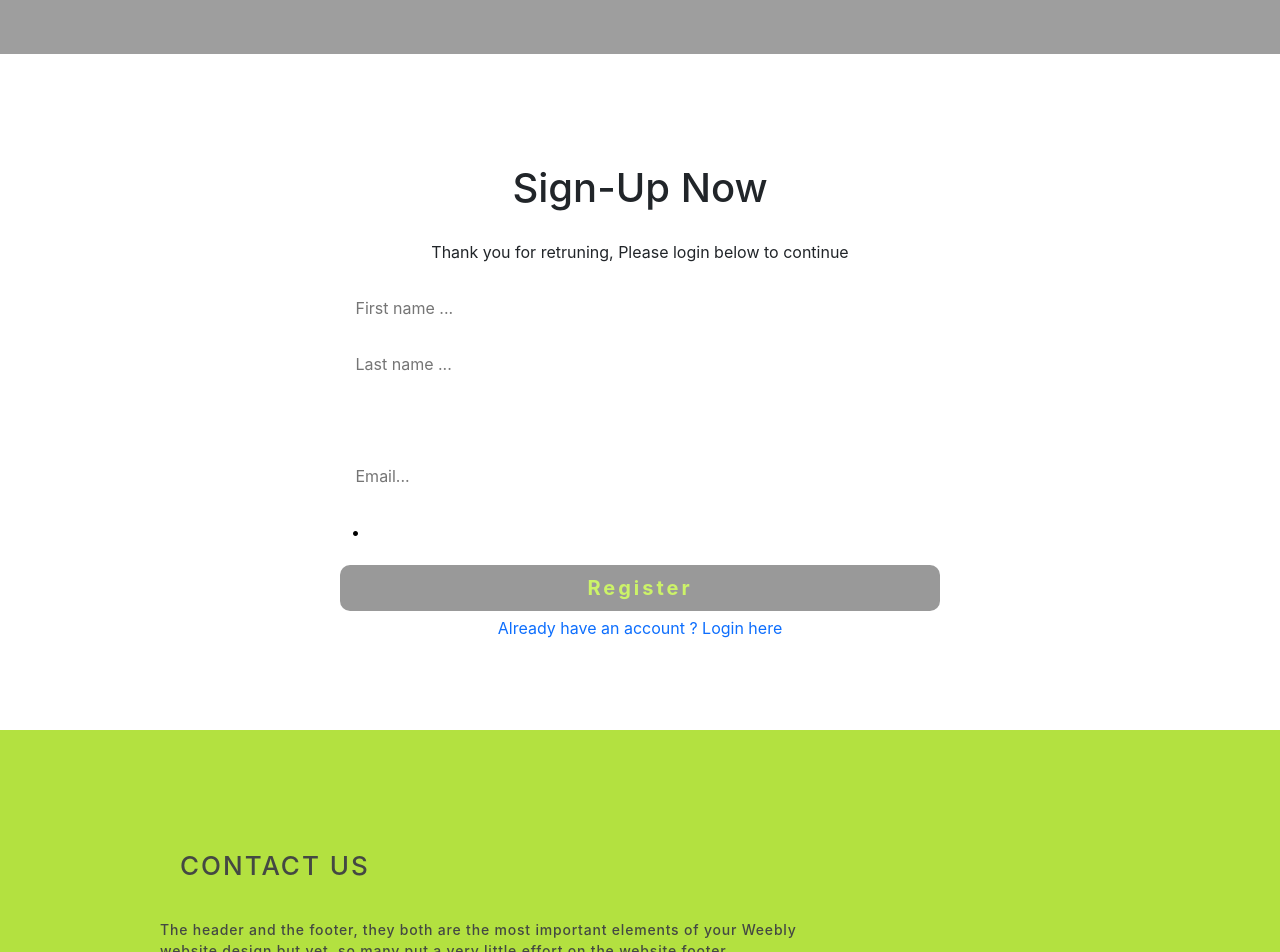
Repository: Bojurie/Level-up
Page: /register (app in client/)
These files come from the project's save history. The page is drawn as it stood at one moment and after the next save; the edit follows.
The browser window is 1280 px wide. The pictures show the part of the page from y = 260 to 1212 px (the page is 1787 px tall).
Pictures or frames that could not be fetched are drawn as grey boxes. Some web fonts or font styles are not loaded; a fallback is used. Some web libraries are served in a nearby version. The project was rebuilt for these pictures with package versions that can differ from the ones it lists, and the page was loaded fresh each time. Also part of the build but not shown: client/src/components/Carousel.css, client/src/components/Carousel.js, client/src/components/BlogIist.js, client/src/components/HomeVlog.css, client/src/components/HomeVlog.js, client/src/components/homeProducts.css, client/src/components/HomeProducts.js, client/src/components/HomeShop.css and 13 more.

Above is the page before, as saved 2022-12-04 13:20:06.

### client/public/index.html
<!DOCTYPE html>
<html lang="en">
  <head>
    <meta charset="utf-8" />
    <link rel="icon" href="%PUBLIC_URL%/favicon.ico" />
    <meta name="viewport" content="width=device-width, initial-scale=1" />
    <meta name="theme-color" content="#000000" />
    <meta
      name="description"
      content="Web site created using create-react-app"
    />
    <link rel="apple-touch-icon" href="%PUBLIC_URL%/logo192.png" />
    <link rel="manifest" href="%PUBLIC_URL%/manifest.json" />

    <link rel="preconnect" href="https://fonts.googleapis.com" />
    <link rel="preconnect" href="https://fonts.gstatic.com" crossorigin />
    <link
      href="https://fonts.googleapis.com/css2?family=Asap+Condensed:ital,wght@0,400;0,500;1,400&family=Chivo:wght@300;400&family=Jura:wght@300;400;500;600;700&family=Lato:ital,wght@0,400;0,700;1,400&family=Nunito+Sans:wght@400;600&family=Oswald:wght@300;500;700&family=Playball&family=Roboto:ital,wght@0,400;0,500;1,500&family=Wallpoet&display=swap"
      rel="stylesheet"
    />

    <link
      rel="stylesheet"
      href="https://cdn.jsdelivr.net/npm/bootstrap@5.1.3/dist/css/bootstrap.min.css"
      integrity="sha384-1BmE4kWBq78iYhFldvKuhfTAU6auU8tT94WrHftjDbrCEXSU1oBoqyl2QvZ6jIW3"
      crossorigin="anonymous"
    />
    <script
      src="https://kit.fontawesome.com/5ffdb52964.js"
      crossorigin="anonymous"
    ></script>
    <title>React App</title>
    <script
      src="https://kit.fontawesome.com/5ffdb52964.js"
      crossorigin="anonymous"
    ></script>
  </head>
  <body>
    <noscript>You need to enable JavaScript to run this app.</noscript>
    <div id="root"></div>
    <!--
      This HTML file is a template.
      If you open it directly in the browser, you will see an empty page.

      You can add webfonts, meta tags, or analytics to this file.
      The build step will place the bundled scripts into the <body> tag.

      To begin the development, run `npm start` or `yarn start`.
      To create a production bundle, use `npm run build` or `yarn build`.
    -->
  </body>
</html>

### client/src/App.js
import React from 'react';
// import { BrowserRouter as Router, Route, Routes } from 'react-router-dom';
import { BrowserRouter as Router, Route, Routes} from 'react-router-dom'


import Home from './pages/Home';
import About from './pages/About';
import Shop from './pages/Shop';
import Contact from './pages/Contact';
import Navbar from './components/Navbar';
import Footer from './components/Footer';
import LogIn from './pages/LogIn';
import Register from './pages/Register';
// import Chart from './components/Chart';
import Vlog from './pages/Vlog';

import {DataProvider} from './components/Context'


function App() {

  return (
        <Router>
          <DataProvider>
          <Navbar />
          <Routes>
              <Route path='/' element={<Home />} />
              <Route path='/about' element={<About />} />
              <Route path='/contact' element={<Contact />} />
              <Route path='/shop' element={<Shop />} />
              <Route path='/vlog' element={<Vlog />} />
              <Route path='/login' element={<LogIn/>} />
              <Route path='/register' element={<Register />} />
              {/* <Route path='/chart' element={<Chart/>} /> */}
          </Routes>
          <Footer />
          </DataProvider>
        </Router>
  );
}

export default App;

### client/src/components/Navbar.js
import React from 'react';
import { Link } from 'react-router-dom';

import './Navbar.css'
import Logo from '../images/Logo.png'



const Navbar = () => {
  return (
    <nav className='navbar'>
      <div className='navbar-wrapper'>
        <Link to='/' className='logo'>
            <img src={Logo} alt='logo' />
        </Link>
        <ul className='navbar-links'>
            <Link to='/' >Home </Link>
            <Link to='/shop'> Shop</Link>
            <Link to='/Vlog'> V-Log</Link>
            <Link to='/about'> About</Link>
            <Link to='/contact'> Contact</Link>
            <Link to='/login'> Login </Link>
            <Link to='/register'>SignUp</Link>
            <Link to='/chart'><i class="fa-solid fa-cart-shopping"></i></Link>

        </ul>
      </div>

    </nav>
  );
}

export default Navbar;

### client/src/components/Footer.js
import React from 'react';
import { Link } from 'react-router-dom';
  import { FontAwesomeIcon } from '@fortawesome/react-fontawesome'
  import { instagram } from '@fortawesome/free-solid-svg-icons'

import './Footer.css';

const Footer = () => {
  return (
    <div className='footer'>
      <div className='footer-wrapper'>
        <div className='footer-header-wrapper'>
          <div className='footer-header'>
            <h1>Contact Us</h1>
          </div>
          <div className='footer-paragraph'>
            <p>The header and the footer, they both are the most important elements of your Weebly website design but yet, so many put a very little effort on the website footer.</p>
          </div>

        </div>
        <div className='footer-nav-content'>
            <div className='footer-navs-left'>
              <h3>Talk With Us</h3><hr/>
              <div className='footer-contact'>
                <div className='tel'>
                  <p>T: + 1 714.306.2369</p>
                </div>
                <div className='email'>
                  <p>@: Levelupfitness@gmail.com</p>
                </div>
                <div className='support'>
                  <p>S: Levelupsupport.com</p>
                </div>

              </div>

            </div>
            <div className='footer-navs-middle'>
                <h3>Say Hello</h3><hr/>
              <div className='footer-form'>

                  <form className='form'>
                    <input type='text' placeholder=' Name' />
                    <input type='text' placeholder=' Email' />
                    <input type='text' placeholder=' Telephone' />
                    <textarea placeholder='Message...' />
                  </form>
                  <div className='form-btn'>
                    <input type='submit' placeholder='' />
                  </div>

              </div>
            </div>
            <div className='footer-navs-right'>
              <h3>Keep Connected</h3><hr/>
              <div className='social-media'>
                <p><Link to='/'>Facebook</Link></p>
                <p><Link to='/'><FontAwesomeIcon icon="fa-brands fa-instagram" /> Instagram</Link></p>
                <p><Link to='/'>Twitter</Link></p>

              </div>

            </div>
        </div>


      </div>
    </div>
  );
}

export default Footer;

### client/src/pages/Register.js
import React from 'react';
import RegisterForm from '../components/auth/registerForm';
import { FormTitle } from '../components/FormTitle';

const Register = () => {
  return (
    <div className='register'>
        <FormTitle className="RegisterForm-title" text="Register " />
        <div className='register-wrapper'>
            <div className=''>
              <RegisterForm />
            </div>
        </div>

    </div>
  );
}

export default Register;

### client/src/components/Context.js
import React,{Component} from 'react';
export const DataContext = React.createContext();

export class DataProvider extends Component {
  constructor(props) {
    super(props)

    this.state = {
       products: [
         {
          "_id": "1",
          "title": "Level-Up Sweat Pant",
          "src": "https://images.unsplash.com/photo-1618354691373-d851c5c3a990?ixlib=rb-1.2.1&ixid=MnwxMjA3fDB8MHxwaG90by1wYWdlfHx8fGVufDB8fHx8&auto=format&fit=crop&w=658&q=80",
          "description": "Classic fit for running and outdoor activities.",
          "price": 39,
          "colors": ["red", "blue", "black"],
          "count": 2,
         },
         {
          "_id": "2",
          "title": "Kids Level-Up SweatPant",
          "src": "https://images.unsplash.com/flagged/photo-1555895312-bbc472c964f3?ixlib=rb-1.2.1&ixid=MnwxMjA3fDB8MHxwaG90by1wYWdlfHx8fGVufDB8fHx8&auto=format&fit=crop&w=388&q=80",
          "description": "Kids track sweatsuit for running or leisure activities",
          "price": 20,
          "colors": ["red", "blue", "black"],
          "count": 2,
         },
         {
          "_id": "3",
          "title": "Level Up Tank Top",
          "src": "https://images.unsplash.com/photo-1618354691373-d851c5c3a990?ixlib=rb-1.2.1&ixid=MnwxMjA3fDB8MHxwaG90by1wYWdlfHx8fGVufDB8fHx8&auto=format&fit=crop&w=658&q=80",
          "description": "description",
          "price": 20,
          "colors": ["red", "blue", "black"],
          "count": 2,
         },
         {
          "_id": "4",
          "title": "Level Up T-Shirt",
          "src": "https://images.unsplash.com/photo-1618354691373-d851c5c3a990?ixlib=rb-1.2.1&ixid=MnwxMjA3fDB8MHxwaG90by1wYWdlfHx8fGVufDB8fHx8&auto=format&fit=crop&w=658&q=80",
          "description": "description",
          "price": 20,
          "colors": ["red", "blue", "black"],
          "count": 2,
         },
         {
          "_id": "5",
          "title": "Level Up Sweater",
          "src": "https://images.unsplash.com/photo-1618354691373-d851c5c3a990?ixlib=rb-1.2.1&ixid=MnwxMjA3fDB8MHxwaG90by1wYWdlfHx8fGVufDB8fHx8&auto=format&fit=crop&w=658&q=80",
          "description": "description",
          "price": 20,
          "colors": ["red", "blue", "black"],
          "count": 2,
         },
         {
          "_id": "6",
          "title": "Level Up Embroidery Shirt",
          "src": "https://images.unsplash.com/photo-1618354691373-d851c5c3a990?ixlib=rb-1.2.1&ixid=MnwxMjA3fDB8MHxwaG90by1wYWdlfHx8fGVufDB8fHx8&auto=format&fit=crop&w=658&q=80",
          "description": "description",
          "price": 20,
          "colors": ["red", "blue", "black"],
          "count": 2,
         },
       ]
    }
  }

  render(){
    const {products} = this.state;
    return(
      <DataContext.Provider value={{products}}>
        {this.props.children}
      </DataContext.Provider>
    )
  }
}
export default DataProvider;

### client/src/pages/About.css
.aboutContainer h1 {
  text-transform: uppercase;
  font-weight: bold;
  letter-spacing: 2px;
  padding: 50px 0;
}

.aboutContainer {
  padding: 40px 160px;
}

.aboutParagraph p {
  letter-spacing: 1px;
  line-height: 30px;
  font-weight: 500;
}

.AboutUs-content {
  display: flex;
}

.AboutHistory,
.AboutGoal,
.Aboutproduct {
    margin: 0 10px;
    background-color: rgb(229, 228, 228);
}

.history-img {
  max-width: 100%;
}
.history-img img{
  width: 100%;
}

.history-content {
  padding: 10px 0;
}
.history-content p, h1 {
  padding: 20px;
}
.history-content h1{
  font-size: 19px;
  padding: 20px
}

### client/src/components/FormTitle.js
import React from "react";
import './FormTitle.css';

export function FormTitle(props) {
  const { className, text } = props;
  return <h1 className={`${className} form-title`}>{text}</h1>;
}

### client/src/components/Navbar.css
.logo img {
  width: 250px;
}

.navbar {
  padding-top: 0;
  display: contents;
}

.navbar-wrapper {
  display: flex;
  /* justify-content: center; */
  align-items: center;
  height: 90px;
  background: #b3e140;
  padding: 0 50px;
  justify-content: space-between;
}

.navbar-links {
  margin-bottom: 0;
}

.navbar-links a {
  font-size: 14px;
  letter-spacing: 2px;
  font-weight: 700;
  text-transform: capitalize;
  margin: 0 10px;
  color: rgb(68, 72, 67);

}

a {
  list-style: none;
  text-decoration: none;
}

### client/src/components/Footer.css
.footer {
  background-color: #b3e140;
      font-size: 14px;
    letter-spacing: 2px;
    font-weight: 700;

    color: rgb(68, 72, 67);
}
.footer-header h1 {
 font-size: 26px;
 text-transform: uppercase;
 letter-spacing: 2px;
}

.footer-navs {
  text-decoration: none;
  list-style-type: none;

}
.footer-navs li{
  padding: 10px 0;
  letter-spacing: 1px;
  text-transform: uppercase;
  font-weight: 600;

}
.footer-wrapper {
  padding: 100px 160px;
}

.footer-contact {



}
.footer-nav-content p {
 color: #424141db;
}
.footer-contact > .tel p{
    font-size: 18px;
    letter-spacing: 1px;

}
.footer-contact > .email p{
    font-size: 14px;
    /* letter-spacing: 2px; */
}
.footer-contact > .support p{
    font-size: 14px;
    letter-spacing: 2px;
}
.footer-paragraph {
  width: 70%;
  letter-spacing: .8px;
  font-weight: 500;
  padding: 10px 0;
}
.footer-wrapper h3{
 text-transform: uppercase;
 letter-spacing: 2px;
 font-size: 19px;
 font-weight: 600;

}

.footer-nav-content {
  display: flex;
  justify-content: space-between;
}



.footer-navs-left,
.footer-navs-middle,
.footer-navs-right{

  padding: 20px 10px 0 0;
  border-radius: 10px;
}

.footer-form {
  background-color: none !important;
}

/* footer Left section */
.footer-navs-left {
  width: 30%;
}

/* footer Middle section */
.footer-navs-middle {
 width: 30%;
}

.form {
  display: grid;
}
.form input {
  padding: 10px ;
  margin: 8px 0;
  border-radius: 5px;
  border: none;
}
.form input:focus {
  border: none;
}

.form textarea {
   width: 100%;
  height: 150px;
  padding: 12px 20px;
  box-sizing: border-box;
  border: 2px solid #ccc;
  border-radius: 4px;
  background-color: #f8f8f8;
  font-size: 16px;
  resize: none;
}
.form input:active {

  border: 1px solid rgb(241, 234, 234);

}
.form-btn {

}
.form-btn input {
     padding: 5px 25px;
    margin: 5px 0;
    border-radius: 4px;
    background-color: #999999;
    border: 1px solid  #b3e140;
    color: #b3e140;
    letter-spacing: 1.1px;
    font-weight: 600;
    text-transform: uppercase;
}

.footer-navs-right {
  width: 30%;
}

### client/src/components/auth/registerForm.js
import React, { useState, useEffect } from 'react';
import { Link } from 'react-router-dom';
import axios from 'axios'
import './registerForm.css'

const RegisterForm = () => {
    const regUrl = 'http://localhost:5001/auth/register'
    const [ user, setUser ] = useState({
        firstName: "",
        lastName: "",
        username: " ",
        email: " ",
        password: " "
    })

    const submit = (e) =>{
        e.preventDefault();
        axios.post(regUrl ,
        {
            firstName: user.firstName,
            lastName: user.lastName,
            username: user.username,
            email: user.email,
            password: user.password
        })
        .then(res => {
            console.log(res.user)
        })
    }
    const handleInputChange = (e) => {
        const newUser = {...user}
        newUser[e.target.id] = e.target.value
        setUser(newUser)
        console.log(newUser)
  }

  return (
   <div className='registerForm'>
      <div className='registerForm-wrapper'>
          <div className='registerForm-header'>
            <h1 className='register-header'>Sign-Up Now</h1>
            <p>Thank you for retruning, Please login below to continue</p>
          </div>

          <form id='form' onSubmit={(e) => submit(e)}>
            <input
                type='text'
                name='firstName'
                id='firstName'
                placeholder=' First name ...'
                value={user.firstName}
                onChange = {(e) => handleInputChange(e)}
                required
                />
            <input
                type='text'
                name='lastName' id='lastName'
                placeholder=' Last name ...'
                value={user.lastName}
                onChange = {(e) => handleInputChange(e)}
                required
                />
            <input
                type='text'
                    name='username'
                    id='username'
                    placeholder=' Username...'
                    value={user.username}
                    onChange = {(e) => handleInputChange(e)}
                    required
                    />
            <input
                type='email'
                name='email' id='email'
                placeholder=' Email...'
                value={user.email}
                onChange = {(e) => handleInputChange(e)}
                required
                />
            <input
                type='password'
                name='password'
                id='password'
                placeholder=' Password...'
                value={user.password}
                onChange = {(e) => handleInputChange(e)}
                required
                />
            <div className='loginBtn'>
               <input type='submit' onClick={()=>handleSubmit()} value='Register'/>
            </div>
          </form>


          <Link to='/login'>Already have an account ? Login here</Link>


      </div>


   </div>
  )
}

export default RegisterForm;

### client/src/components/FormTitle.css
.form-title {
  font-size: 3rem;
  font-weight: 700;
  line-height: 2rem;
  margin: auto 0;
  color: white;
  background-image: url('https://images.unsplash.com/photo-1581397867105-8c988bd747e6?ixlib=rb-4.0.3&ixid=MnwxMjA3fDB8MHxwaG90by1wYWdlfHx8fGVufDB8fHx8&auto=format&fit=crop&w=1170&q=80') ;
    background-repeat: no-repeat;
  background-position: center;
  background-size: cover;
  padding: 7rem 0 7rem 10rem;
  letter-spacing: 5px;
  text-transform: uppercase;
  display: flex;
  justify-content: flex-start;

}
.form-title h1{


}


.shopForm-title {
 font-size: 3rem;
  font-weight: 700;
  line-height: 2rem;
  letter-spacing: 5px;
  text-transform: uppercase;
  display: flex;
  margin: auto 0;
   background-image: url('https://images.unsplash.com/photo-1581397867105-8c988bd747e6?ixlib=rb-4.0.3&ixid=MnwxMjA3fDB8MHxwaG90by1wYWdlfHx8fGVufDB8fHx8&auto=format&fit=crop&w=1170&q=80') ;
    background-repeat: no-repeat;
  background-position: center;
  background-size: cover;

  padding: 7rem 0 7rem 10rem;
  justify-content: flex-start;

}
.FormTitleLogin-title {
  font-size: 3rem;
  font-weight: 700;
  line-height: 2rem;
  padding: 6rem 0;
  letter-spacing: 5px;
  text-transform: uppercase;
  display: flex;
  justify-content: center;
  margin: auto 0;
   background-image: url('https://images.unsplash.com/photo-1609770231080-e321deccc34c?ixlib=rb-4.0.3&ixid=MnwxMjA3fDB8MHxwaG90by1wYWdlfHx8fGVufDB8fHx8&auto=format&fit=crop&w=765&q=80') ;
    background-repeat: no-repeat;
  background-position: center;
  background-size: cover;

}
.ContactForm-title {
 /* font-size: 3rem;
  font-weight: 700;
  line-height: 2rem;
  text-transform: uppercase; */
  display: flex;
  margin: auto 0;
   background-image: url('https://images.unsplash.com/photo-1587560699334-bea93391dcef?ixlib=rb-4.0.3&ixid=MnwxMjA3fDB8MHxwaG90by1wYWdlfHx8fGVufDB8fHx8&auto=format&fit=crop&w=1170&q=80') ;
    background-repeat: no-repeat;

 padding: 7rem 0 7rem 10rem;
  letter-spacing: 5px;
  justify-content: flex-start;

}
.RegisterForm-title {
  font-size: 3rem;
  font-weight: 700;
  line-height: 2rem;
  padding: 6rem 0;
  letter-spacing: 5px;
  text-transform: uppercase;
  display: flex;
  justify-content: center;
  margin: auto 0;
   background-image: url('https://images.unsplash.com/photo-1563906267088-b029e7101114?ixlib=rb-4.0.3&ixid=MnwxMjA3fDB8MHxwaG90by1wYWdlfHx8fGVufDB8fHx8&auto=format&fit=crop&w=1170&q=80') ;
    background-repeat: no-repeat;
  /* background-position: bottom; */
  /* background-size: cover; */
    /* background-attachment: */


}
.VlogForm_title h1{


}
.VlogForm_title {
  /* font-size: 3rem;
  font-weight: 700;
  line-height: 2rem; */
  padding: 7rem 0 7rem 10rem;
  letter-spacing: 5px;
  text-transform: uppercase;
  display: flex;
  justify-content: flex-start;
  margin: auto 0;
   background-image: url('https://images.unsplash.com/photo-1440778303588-435521a205bc?ixlib=rb-4.0.3&ixid=MnwxMjA3fDB8MHxwaG90by1wYWdlfHx8fGVufDB8fHx8&auto=format&fit=crop&w=1470&q=80') ;
    background-repeat: no-repeat;
  background-position: center;
  background-size: cover;

}

@media screen and (max-width: 414px) {
  .form-title {
    padding: 4rem 1rem;

  }

}

### client/src/components/auth/LoginForm.css
.loginForm-wrapper {
  text-align: center;
    justify-content: center;
    width: 600px;
    margin: auto;
    padding: 90px 0;

}
.login-header {
  text-transform: uppercase;
  letter-spacing: 2px;
  font-weight: 600;
}


form {
  display: grid;
}

.loginForm-header {
  font-size: 20px;
}

.loging
form input {
  margin: 5px 0;
  padding: 10px;
  border-radius: 10px;
  border: 1px solid white;
  background-color: rgba(243, 247, 255, 0.715) !important;
}
form input:focus{
  border: 2px solid green;
}
form > .loginBtn > input{
  padding: 8px;
  width: 100%;
  background-color:#999999!important;
  color: #ccf368;
  font-weight: 700;
  border: none;
  margin:5px 0 ;
  font-size: 20px;
  letter-spacing: 3px;
}

### client/src/components/auth/registerForm.css

.registerForm-wrapper {
  text-align: center;
    justify-content: center;
    width: 600px;
    margin: auto;
    padding: 90px 0;

}
.login-header {
  text-transform: uppercase;
  letter-spacing: 2px;
  font-weight: 600;
}


form {
  display: grid;
}

.loginForm-header {
  font-size: 20px;
}

.register
form input {
  margin: 5px 0;
  padding: 10px;
  border-radius: 10px;
  border: 1px solid white;

}
form input:focus{
  border: 2px solid green;
}
form > .loginBtn > input{
  padding: 8px;
  width: 100%;
  background-color: #b3e140 !;
  border: none;
  margin:5px 0 ;
}

Loaded but not shown: client/src/index.js (common file); client/src/index.css (common file); client/src/components/BlogList.css (no stored copy; drawn as an empty file)

After the next save:
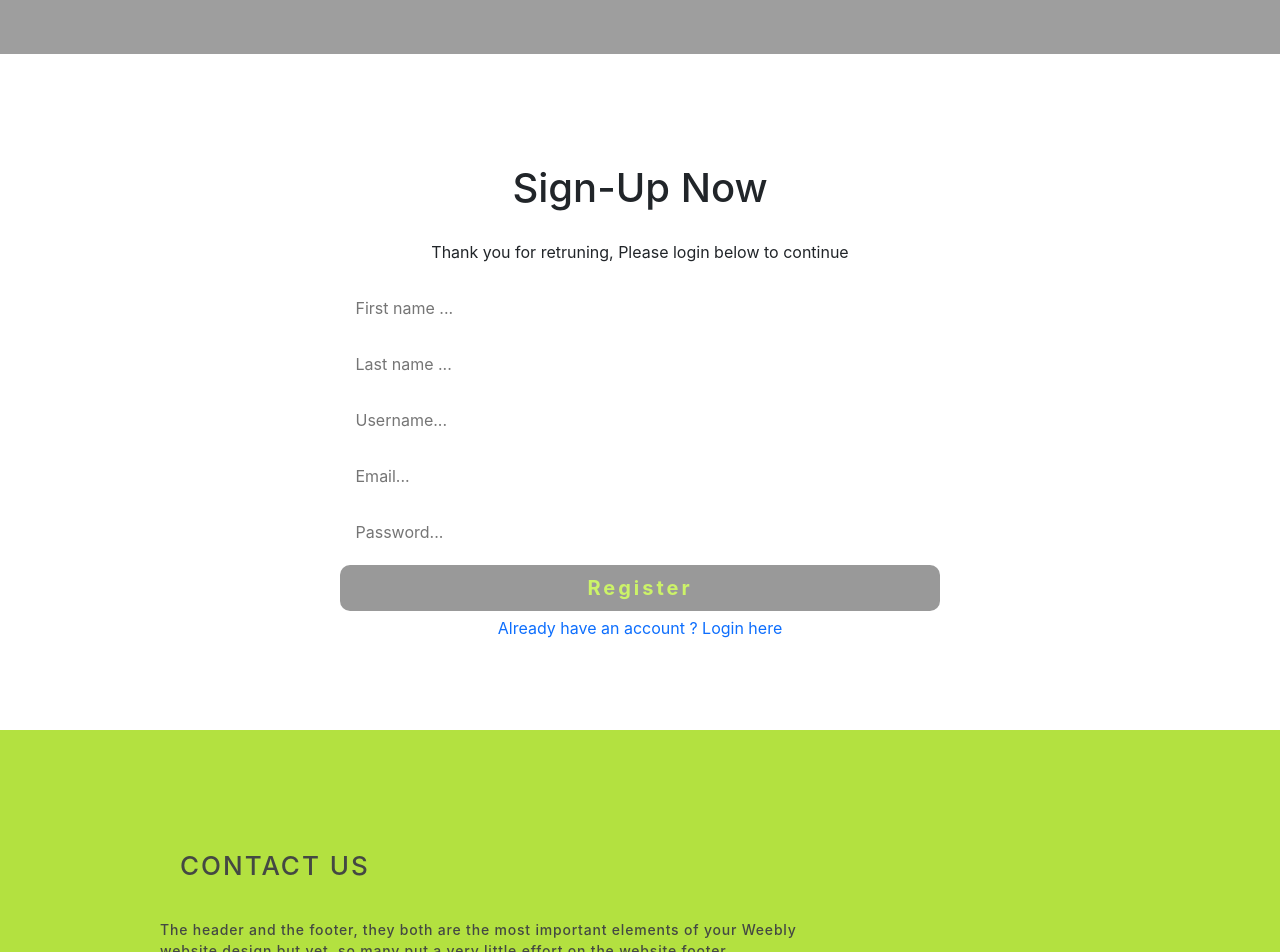
Saved 94 s later.
--- a/client/src/components/auth/registerForm.js
+++ b/client/src/components/auth/registerForm.js
@@ -8,9 +8,9 @@ const RegisterForm = () => {
     const [ user, setUser ] = useState({
         firstName: "",
         lastName: "",
-        username: " ",
-        email: " ",
-        password: " "
+        username: "",
+        email: "",
+        password: ""
     })
 
     const submit = (e) =>{
